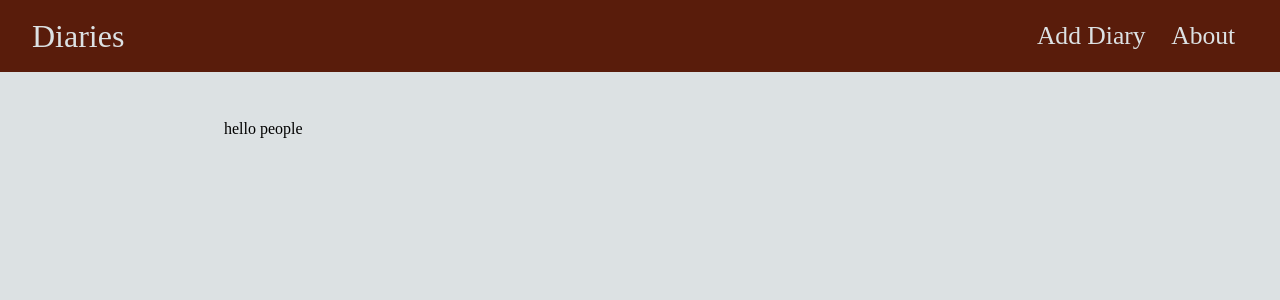
Repository: Tun-Dev/mydiary
Page: /
These files come from the project's save history. The page is drawn as it stood at one moment and after the next save; the edit follows.
The browser window is 1280 px wide. The pictures show the whole page.
The project was rebuilt for these pictures with package versions that can differ from the ones it lists, and the page was loaded fresh each time.

Above is the page before, as saved 2021-05-10 12:34:08.

### src/index.js
import React from 'react';
import ReactDOM from 'react-dom';
import {BrowserRouter} from 'react-router-dom'
import App from './App';


ReactDOM.render(

  <React.StrictMode>
  <BrowserRouter>
    <App />
    </BrowserRouter>
  </React.StrictMode>,
  document.getElementById('root')
);

// If you want to start measuring performance in your app, pass a function
// to log results (for example: reportWebVitals(console.log))
// or send to an analytics endpoint. Learn more: https://bit.ly/CRA-vitals

### src/App.js
import React, { useState, useEffect} from "react";
import GlobalStyle from './GlobalStyle'

// import styles
import Nav from './Layout/Nav.js';

function App() {
  // const [ name, setName ] = useState("");
  // useEffect( () => {
  //   fetch("https://my-json-server.typicode.com/Codeinwp/front-end-internship-api/posts")
  // .then((response) => response.json())
  // .then((data) => setName(data)
  // )
  // }, [] )
  return (
    <div className="App">
    <GlobalStyle />
    <Nav />
    <div className="container">
      <p>hello people </p>
    </div>
    </div>
  );
}

export default App;

### src/GlobalStyle.js
import {createGlobalStyle} from 'styled-components';

const GlobalStyle = createGlobalStyle`
  * {
      margin: 0;
      padding: 0;
      box-sizing: border-box;
  }
  body {

 background-color: #dce1e3;
}
 a {
    text-decoration: none;
}
.container {
    margin: 3rem 14rem;
}
`

export default GlobalStyle;

### src/Layout/Nav.js
import React from 'react';
import styled from 'styled-components';
import {Link} from 'react-router-dom'

const Nav = () => {
    return (
        <NavBar>
          <nav>
         <div className="header">
           Diaries
         </div>
         <ul className="navItens">
           <li><Link to="">Add Diary</Link></li>
           <li><Link to="">About</Link></li>
         </ul>
          </nav>
        </NavBar>
    )
}
const NavBar = styled.div`

  nav {
    display: flex;
    justify-content: space-between;
    align-items: center;
    background-color: #591c0b;
     height: 10vh;
     color: #dce1e3;
}
.header {
    margin: 0 2rem;
    font-size: 2rem;
}
ul {
    display: flex;
    margin: 0 2rem;
}
ul li {
    list-style: none;
    margin: 0 0.8rem;
}
ul li a {
    color: #dce1e3;
    font-size: 1.6rem;
}
`;

export default Nav;

Loaded but not shown: public/index.html (common file)

After the next save:
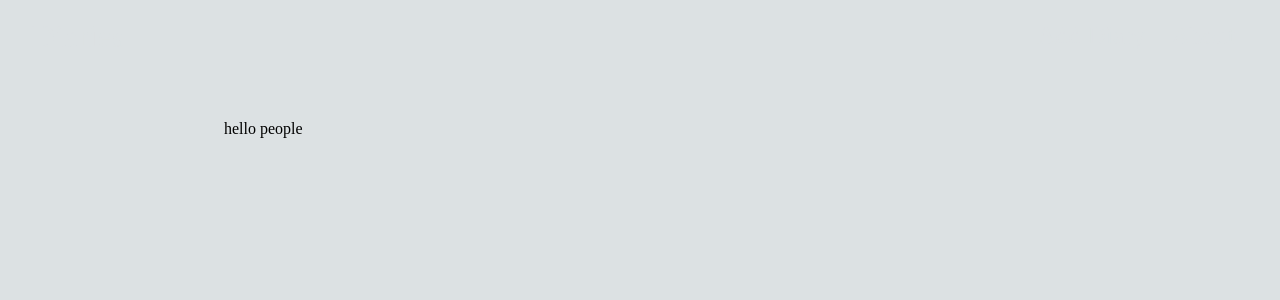
Saved 2 min 37 s later.
--- a/src/Layout/Nav.js
+++ b/src/Layout/Nav.js
@@ -23,13 +23,13 @@
     display: flex;
     justify-content: space-between;
     align-items: center;
-    background-color: #591c0b;
      height: 10vh;
      color: #dce1e3;
 }
 .header {
     margin: 0 2rem;
     font-size: 2rem;
+    color: #dce1e3;
 }
 ul {
     display: flex;

After the save that followed:
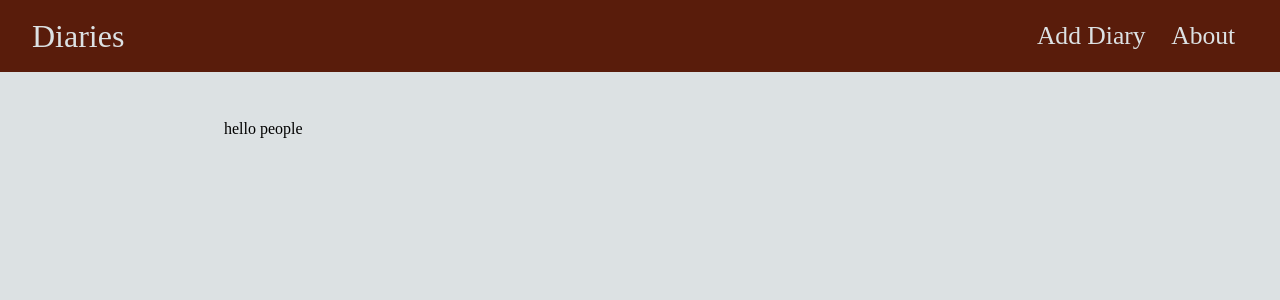
Saved 13 s later.
--- a/src/Layout/Nav.js
+++ b/src/Layout/Nav.js
@@ -23,13 +23,13 @@
     display: flex;
     justify-content: space-between;
     align-items: center;
+    background-color: #591c0b;
      height: 10vh;
      color: #dce1e3;
 }
 .header {
     margin: 0 2rem;
     font-size: 2rem;
-    color: #dce1e3;
 }
 ul {
     display: flex;
